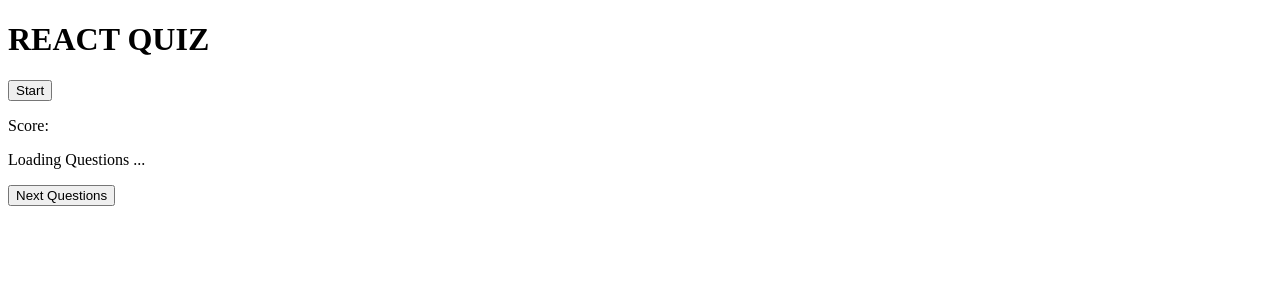
Repository: ducanhaep/ts-react-quiz
Page: /
The author's editor kept a copy of each file at every save. The page is drawn from the files as they stood at one save, then again after the next save.
The browser window is 1280 px wide. The pictures show the whole page.
The project was rebuilt for these pictures with package versions that can differ from the ones it lists, and the page was loaded fresh each time.

Above is the page before, as saved 2021-10-15 15:11:57.

After the next save:
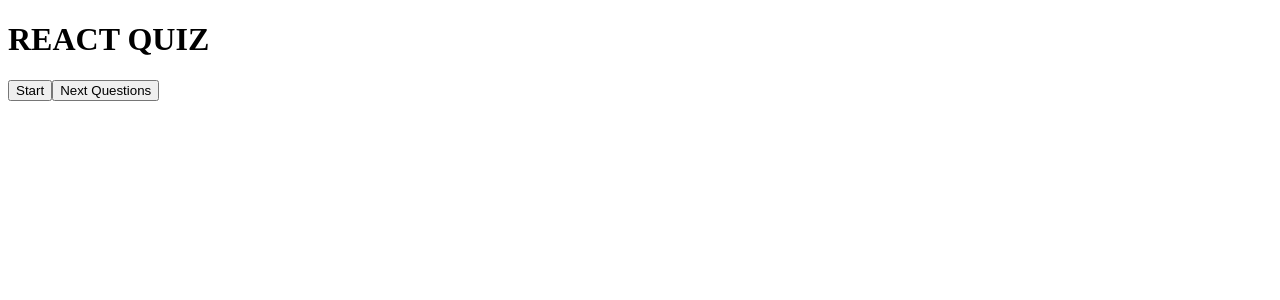
Saved 3 min 57 s later.
--- a/src/App.tsx
+++ b/src/App.tsx
@@ -49,8 +49,8 @@ function App() {
           Start
         </button>
       ) : null}
-      <p className="score">Score:</p>
-      <p>Loading Questions ...</p>
+      {!gameOver ? <p className="score">Score:</p> : null}
+      {loading && <p>Loading Questions ...</p>}
       {/* <QuestionCard
         questionNr={number + 1}
         totalQuestions={TOTAL_QUESTIONS}
